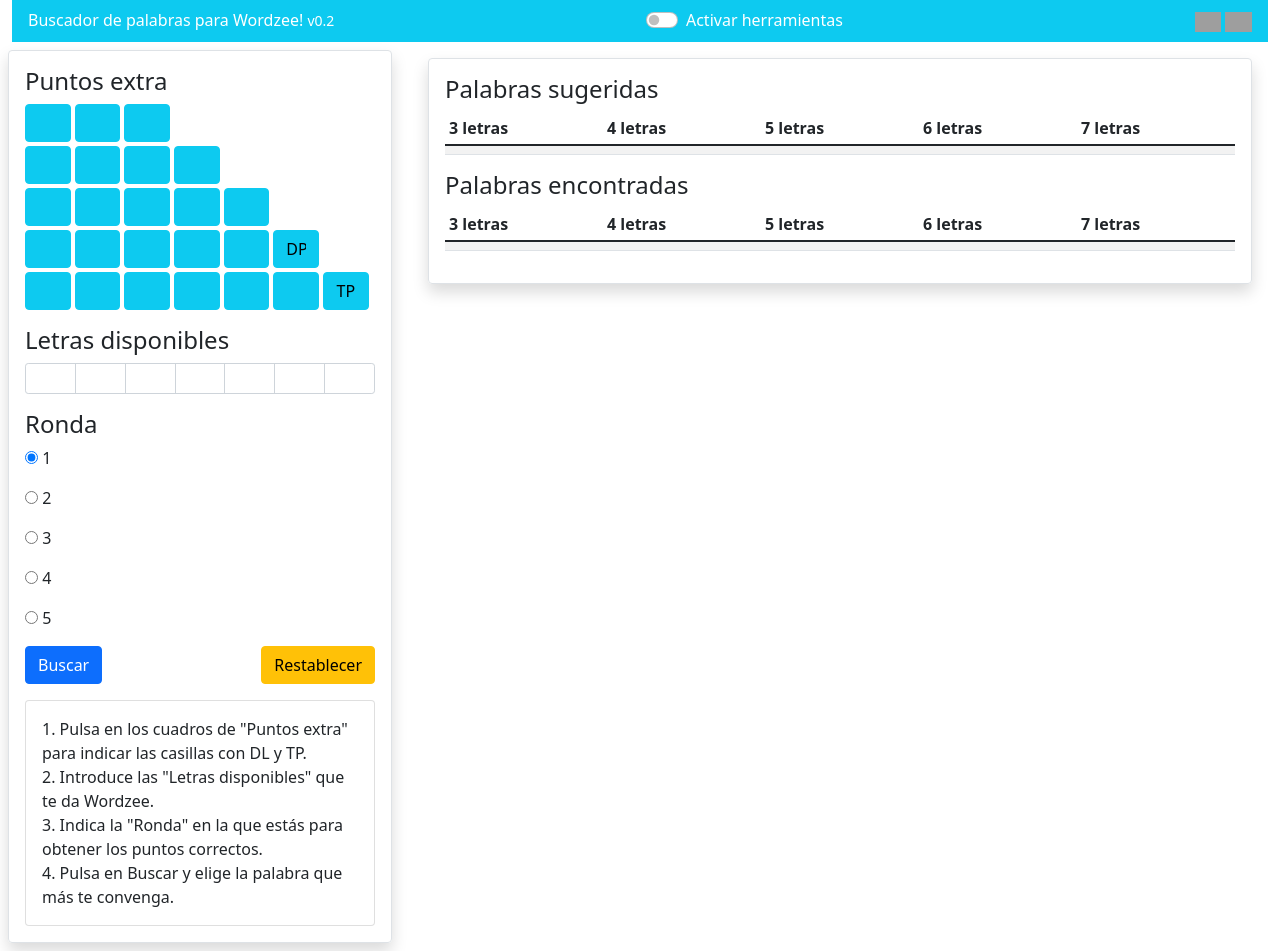
Repository: angelcafe/wordzee-bp_javascript
Page: index.html
An editor plug-in stored every save of this project. The page is shown before and after the next save, followed by the edit.
The browser window is 1280 px wide. The pictures show the whole page.
Pictures or frames that could not be fetched are drawn as grey boxes.

Above is the page before, as saved 2021-10-22 22:55:58.
Console error: TypeError: Cannot read properties of null (reading 'addEventListener')

After the next save:
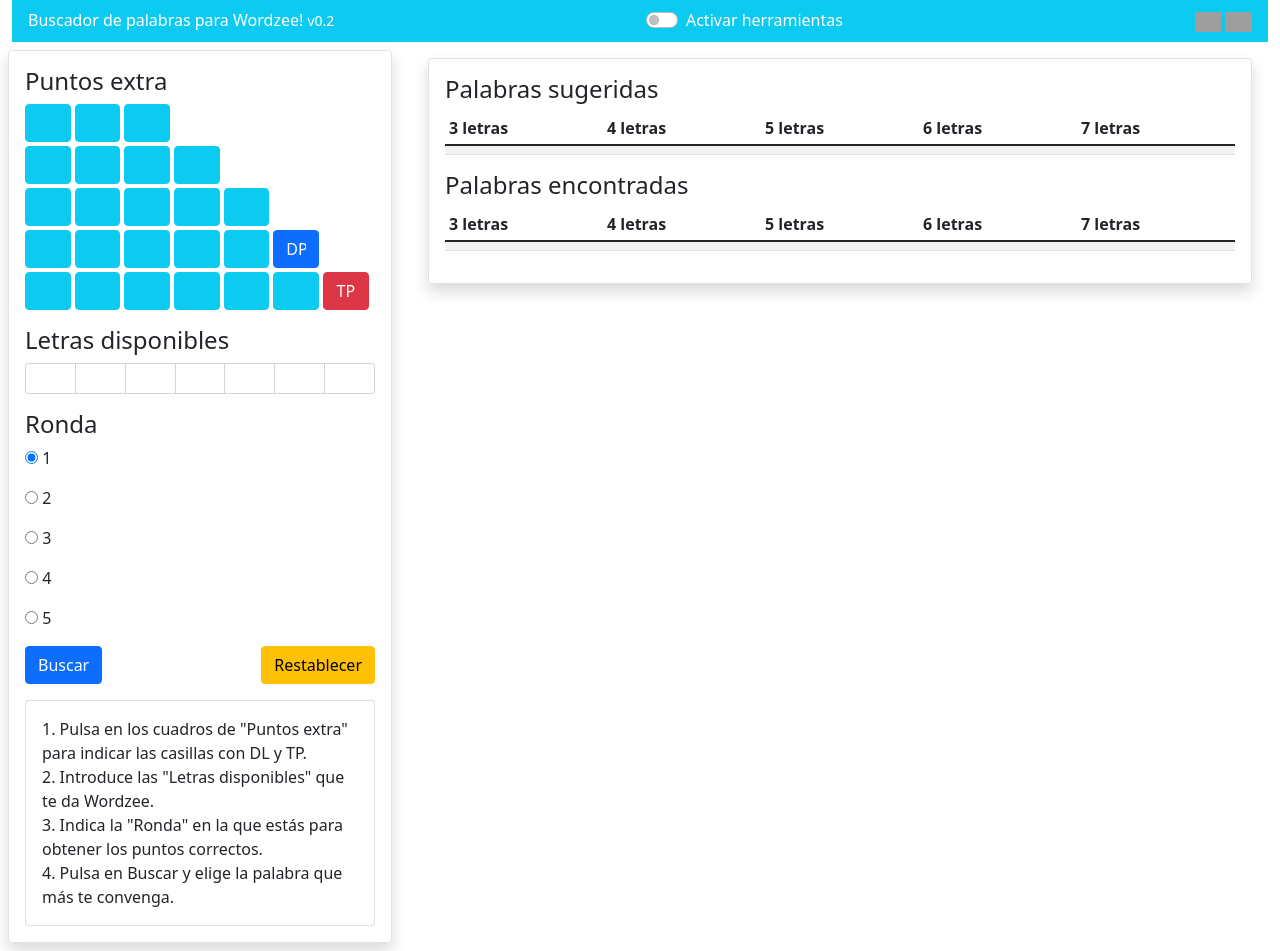
The error is gone.
Saved 4 min 47 s later.
--- a/index.js
+++ b/index.js
@@ -5,7 +5,7 @@
     document.querySelector("#pal7let7[value='']").value = "TP";
     for (let x = 3; x < 8; x++) {
         for (let y = 1; y < (x + 1); y++) {
-            document.getElementById("pal" + x + "let" + y).addEventListener("click", cambiarValorBotones);
+            document.getElementsByName("pal" + x + "let" + y)[0].addEventListener("click", cambiarValorBotones);
             cambiarClaseBotones(document.getElementsByName("pal" + x + "let" + y)[0]);
         }
     }
